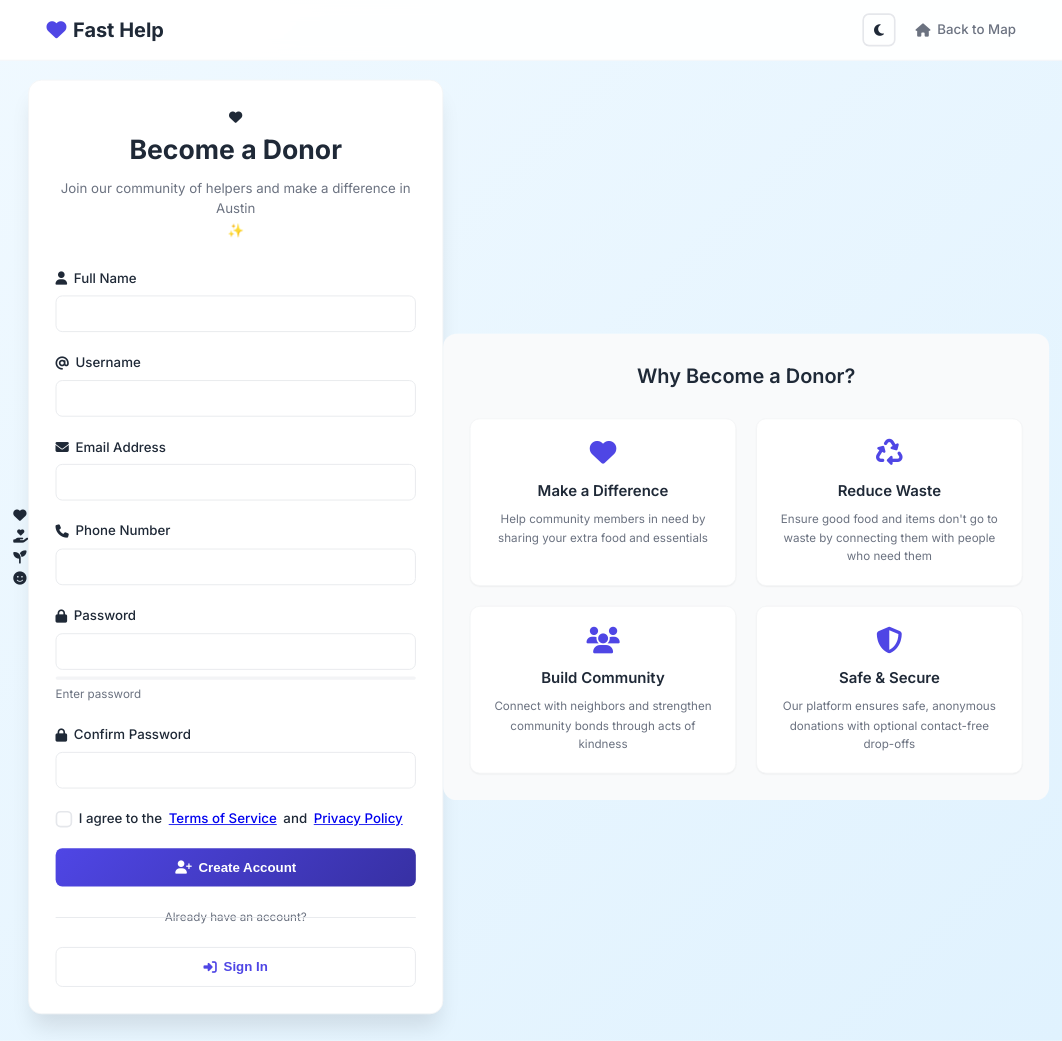
Repository: papykabukanyi/fasthelp
Page: public/donor-signup.html
An editor plug-in stored every save of this project. The page is shown before and after the next save, followed by the edit.
The browser window is 1280 px wide. The pictures show the whole page, at 83% of full size.

Above is the page before, as saved 2025-06-28 23:05:10.

### public/donor-signup.html
<!DOCTYPE html>
<html lang="en" data-theme="light">
<head>
    <meta charset="UTF-8">
    <meta name="viewport" content="width=device-width, initial-scale=1.0">
    <title>Become a Donor - Fast Help</title>
    <link rel="stylesheet" href="css/styles.css">
    <link href="https://fonts.googleapis.com/css2?family=Inter:wght@300;400;500;600;700&display=swap" rel="stylesheet">
    <link rel="stylesheet" href="https://cdnjs.cloudflare.com/ajax/libs/font-awesome/6.4.0/css/all.min.css">
</head>
<body class="light-theme">
    <!-- Header -->
    <header class="header">
        <div class="container">
            <div class="nav-brand">
                <a href="/">
                    <i class="fas fa-heart"></i>
                    <h1>Fast Help</h1>
                </a>
            </div>
            <nav class="nav-menu">
                <button id="theme-toggle" class="theme-toggle" title="Toggle theme">
                    <i class="fas fa-moon" id="theme-icon"></i>
                </button>
                <a href="/" class="nav-link">
                    <i class="fas fa-home"></i>
                    Back to Map
                </a>
            </nav>
        </div>
    </header>

    <!-- Main Content -->
    <main class="auth-container">
        <!-- Cute animated background elements -->
        <div class="background-elements">
            <div class="floating-heart" style="top: 10%; left: 10%; animation-delay: 0s;"><i class="fas fa-heart"></i></div>
            <div class="floating-heart" style="top: 20%; right: 15%; animation-delay: 2s;"><i class="fas fa-hand-holding-heart"></i></div>
            <div class="floating-heart" style="bottom: 20%; left: 20%; animation-delay: 4s;"><i class="fas fa-seedling"></i></div>
            <div class="floating-heart" style="bottom: 10%; right: 10%; animation-delay: 1s;"><i class="fas fa-smile"></i></div>
        </div>

        <div class="auth-card">
            <div class="auth-header">
                <div class="header-icon">
                    <i class="fas fa-heart"></i>
                </div>
                <h2>Become a Donor</h2>
                <p>Join our community of helpers and make a difference in Austin</p>
                <div class="cute-divider">
                    <span>✨</span>
                </div>
            </div>

            <!-- Registration Form -->
            <div id="register-form" class="auth-form">
                <form id="registration-form">
                    <div class="form-group">
                        <label for="fullName">
                            <i class="fas fa-user"></i>
                            Full Name
                        </label>
                        <input type="text" id="fullName" name="fullName" required>
                    </div>

                    <div class="form-group">
                        <label for="username">
                            <i class="fas fa-at"></i>
                            Username
                        </label>
                        <input type="text" id="username" name="username" required>
                    </div>

                    <div class="form-group">
                        <label for="email">
                            <i class="fas fa-envelope"></i>
                            Email Address
                        </label>
                        <input type="email" id="email" name="email" required>
                    </div>

                    <div class="form-group">
                        <label for="phone">
                            <i class="fas fa-phone"></i>
                            Phone Number
                        </label>
                        <input type="tel" id="phone" name="phone">
                    </div>

                    <div class="form-group">
                        <label for="password">
                            <i class="fas fa-lock"></i>
                            Password
                        </label>
                        <input type="password" id="password" name="password" required>
                        <div class="password-strength">
                            <div class="strength-bar">
                                <div class="strength-fill" id="strength-fill"></div>
                            </div>
                            <span id="strength-text">Enter password</span>
                        </div>
                    </div>

                    <div class="form-group">
                        <label for="confirmPassword">
                            <i class="fas fa-lock"></i>
                            Confirm Password
                        </label>
                        <input type="password" id="confirmPassword" name="confirmPassword" required>
                    </div>

                    <div class="form-group checkbox-group">
                        <label class="checkbox-label">
                            <input type="checkbox" id="terms" required>
                            <span class="checkmark"></span>
                            I agree to the <a href="#" onclick="showTerms()">Terms of Service</a> and <a href="#" onclick="showPrivacy()">Privacy Policy</a>
                        </label>
                    </div>

                    <button type="submit" class="auth-btn">
                        <i class="fas fa-user-plus"></i>
                        Create Account
                    </button>
                </form>

                <div class="auth-divider">
                    <span>Already have an account?</span>
                </div>

                <button class="auth-btn secondary" onclick="showLogin()">
                    <i class="fas fa-sign-in-alt"></i>
                    Sign In
                </button>
            </div>

            <!-- Login Form -->
            <div id="login-form" class="auth-form" style="display: none;">
                <form id="login-form-element">
                    <div class="form-group">
                        <label for="loginEmail">
                            <i class="fas fa-envelope"></i>
                            Email Address
                        </label>
                        <input type="email" id="loginEmail" name="email" required>
                    </div>

                    <div class="form-group">
                        <label for="loginPassword">
                            <i class="fas fa-lock"></i>
                            Password
                        </label>
                        <input type="password" id="loginPassword" name="password" required>
                    </div>

                    <button type="submit" class="auth-btn">
                        <i class="fas fa-sign-in-alt"></i>
                        Sign In
                    </button>
                </form>

                <div class="auth-divider">
                    <span>Need an account?</span>
                </div>

                <button class="auth-btn secondary" onclick="showRegister()">
                    <i class="fas fa-user-plus"></i>
                    Create Account
                </button>
            </div>

            <!-- Success Message -->
            <div id="success-message" class="success-card" style="display: none;">
                <i class="fas fa-check-circle"></i>
                <h3>Registration Successful!</h3>
                <p id="success-text">Your account has been created and is pending approval. You'll receive an email notification once approved.</p>
                <button class="auth-btn" onclick="showLogin()">
                    <i class="fas fa-sign-in-alt"></i>
                    Sign In
                </button>
            </div>
        </div>

        <!-- Benefits Section -->
        <div class="benefits-section">
            <h3>Why Become a Donor?</h3>
            <div class="benefits-grid">
                <div class="benefit-card">
                    <i class="fas fa-heart"></i>
                    <h4>Make a Difference</h4>
                    <p>Help community members in need by sharing your extra food and essentials</p>
                </div>
                <div class="benefit-card">
                    <i class="fas fa-recycle"></i>
                    <h4>Reduce Waste</h4>
                    <p>Ensure good food and items don't go to waste by connecting them with people who need them</p>
                </div>
                <div class="benefit-card">
                    <i class="fas fa-users"></i>
                    <h4>Build Community</h4>
                    <p>Connect with neighbors and strengthen community bonds through acts of kindness</p>
                </div>
                <div class="benefit-card">
                    <i class="fas fa-shield-alt"></i>
                    <h4>Safe & Secure</h4>
                    <p>Our platform ensures safe, anonymous donations with optional contact-free drop-offs</p>
                </div>
            </div>
        </div>
    </main>

    <!-- Loading Overlay -->
    <div id="loading-overlay" class="loading-overlay" style="display: none;">
        <div class="spinner"></div>
        <p>Processing...</p>
    </div>

    <!-- Scripts -->
    <script src="js/auth.js"></script>
    <script src="js/main.js"></script>
</body>
</html>

Loaded but not shown: public/js/main.js (570 lines, source omitted); public/js/auth.js (407 lines, source omitted); public/css/styles.css (1746 lines, source omitted)

After the next save:
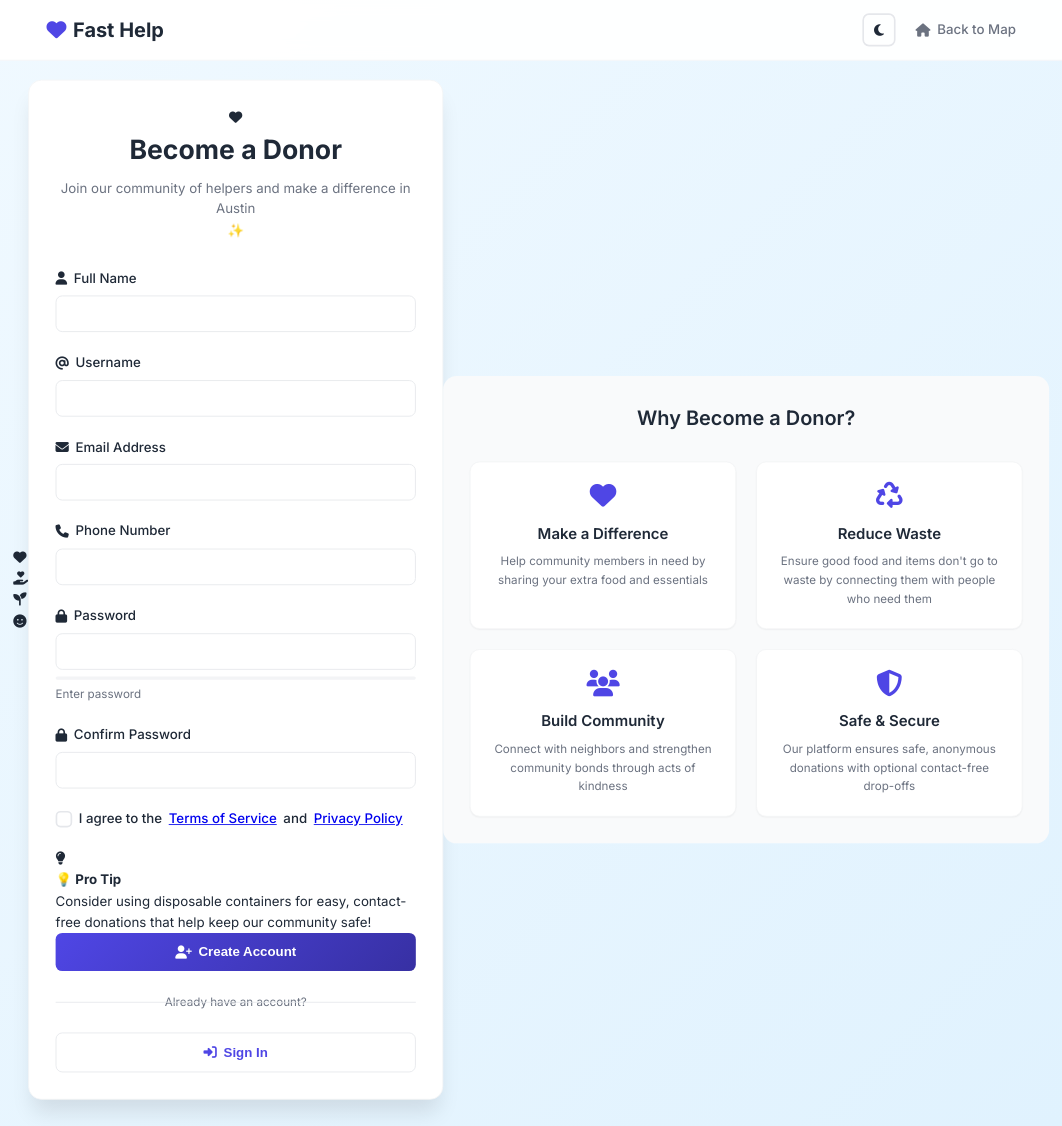
Saved 13 s later.
--- a/public/donor-signup.html
+++ b/public/donor-signup.html
@@ -117,6 +117,16 @@
                         </label>
                     </div>
 
+                    <div class="donation-tip">
+                        <div class="tip-icon">
+                            <i class="fas fa-lightbulb"></i>
+                        </div>
+                        <div class="tip-content">
+                            <h4>💡 Pro Tip</h4>
+                            <p>Consider using disposable containers for easy, contact-free donations that help keep our community safe!</p>
+                        </div>
+                    </div>
+
                     <button type="submit" class="auth-btn">
                         <i class="fas fa-user-plus"></i>
                         Create Account
